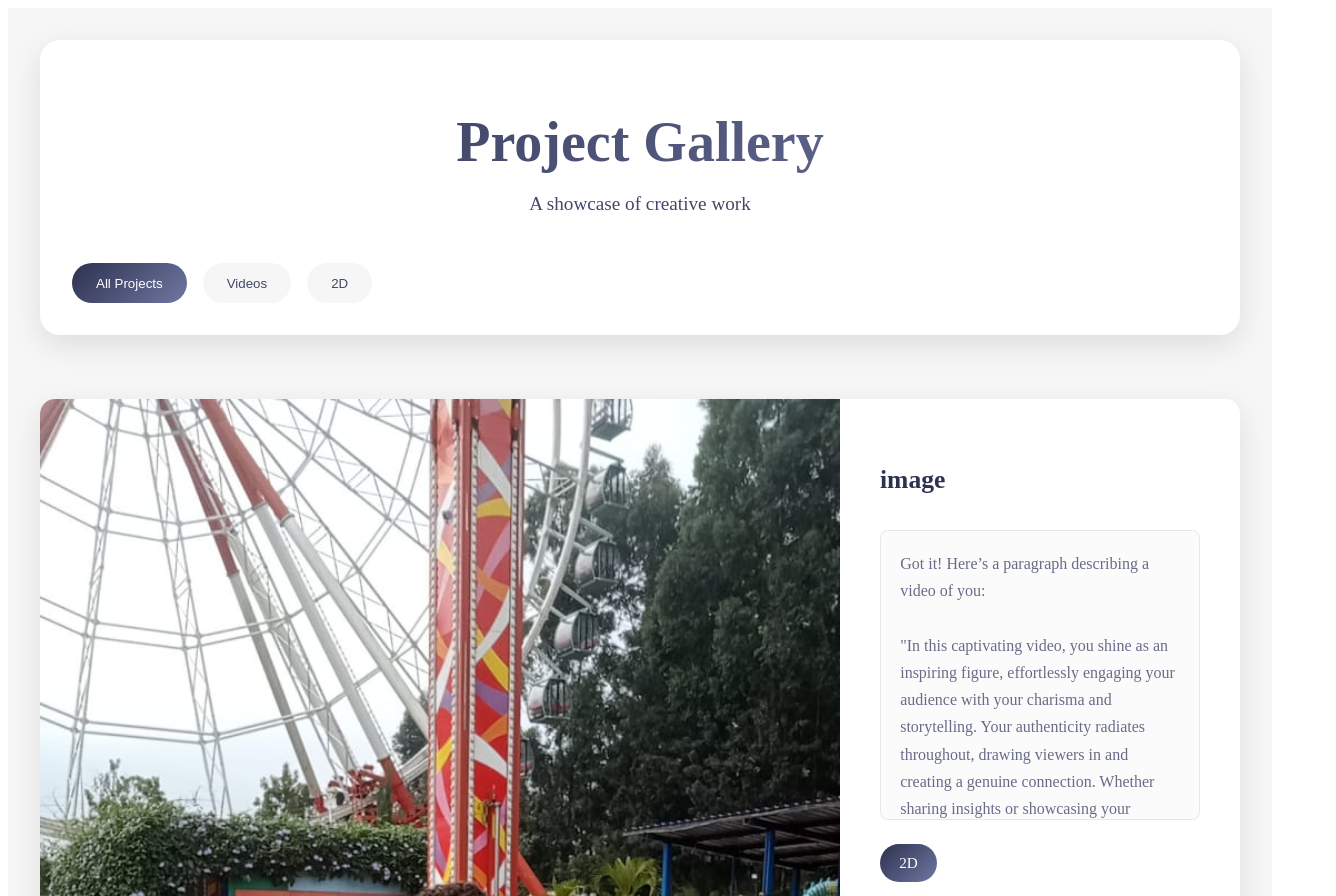
Repository: mrPractise/Susan-Portfolio
Page: http://localhost/projects/
An editor plug-in stored every save of this project. The page is shown before and after the next save, followed by the edit.
The browser window is 1280 px wide. The page is 1280 px wide, then 1336 px, then 1280 px, so the pictures cover 1336 px, including what lies to the right of the window. The pictures show the part of the page from y = 0 to 896 px (the page is 1603 px tall before and 1059 px after).
Pictures or frames that could not be fetched are drawn as grey boxes. The page is served by the project's application, run on Django 5.2 (manage.py). The page reads the database file committed with the project.

Above is the page before, as saved 2024-11-01 14:48:58.
Console error: TypeError: this.setupViewToggle is not a function

After the next save:
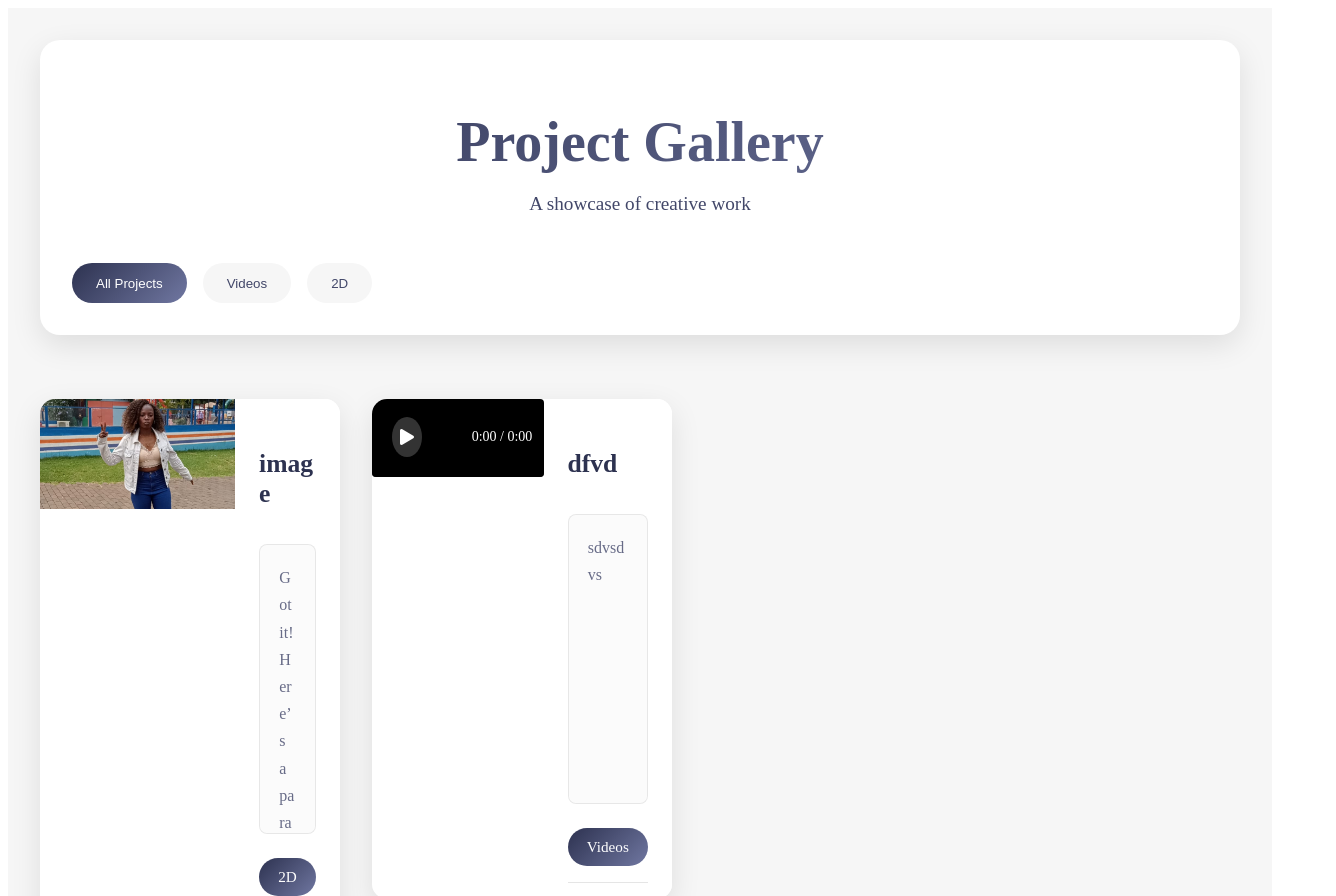
Saved 3 min 47 s later.
--- a/static/css/projects.css
+++ b/static/css/projects.css
@@ -39,7 +39,13 @@
     color: var(--text);
     font-size: 1.2rem;
 }
-
+.gallery-grid {
+    display: grid;
+    grid-template-columns: repeat(auto-fill, minmax(300px, 1fr));
+    gap: 2rem;
+    max-width: 1400px;
+    margin: 0 auto;
+}
 .gallery-controls {
     display: flex;
     justify-content: space-between;
@@ -97,9 +103,6 @@
 .gallery-item {
     break-inside: avoid;
     margin-bottom: 2rem;
-    opacity: 0;
-    transform: translateY(20px);
-    animation: fadeInUp 0.8s ease forwards;
 }
 
 .item-inner {
@@ -109,15 +112,16 @@
     background: white;
     box-shadow: 0 10px 30px rgba(0,0,0,0.1);
     transition: all 0.3s ease;
+    display: flex;
+    flex-direction: column;
 }
 .item-inner img {
     width: 100%;
-    height: auto;
+    aspect-ratio: 16/9;
     object-fit: cover;
     display: block;
     transition: transform 0.5s ease;
 }
-
 
 /* Hover effects */
 .item-inner:hover {
@@ -386,7 +390,26 @@
 .video-controls .play-pause:hover {
     background: rgba(255, 255, 255, 0.3);
 }
-
+.image-wrapper {
+    position: relative;
+    width: 100%;
+    overflow: hidden;
+}
+
+.image-wrapper::before {
+    content: "";
+    display: block;
+    padding-top: 56.25%; /* 16:9 Aspect Ratio */
+}
+
+.image-wrapper img {
+    position: absolute;
+    top: 0;
+    left: 0;
+    width: 100%;
+    height: 100%;
+    object-fit: cover;
+}
 
 /* Large Desktop (1200px and above) */
 @media (min-width: 1200px) {
@@ -397,7 +420,7 @@
         margin: 0 auto;
     }
 
-    .item-inner {
+ .item-inner {
         display: grid;
         grid-template-columns: 2fr 1fr;
         min-height: 500px;
@@ -405,12 +428,11 @@
     }
 
     .item-inner img {
-        width: 100%;
         height: 100%;
-        object-fit: cover;
+        aspect-ratio: auto;
         grid-column: 1;
-    }
-
+        grid-row: 1 / span 2;
+    }
     .custom-video-player {
         height: 100%;
     }
@@ -424,8 +446,10 @@
         object-fit: cover;
     }
 
-    .item-overlay {
-        padding: 2.5rem;
+   .item-overlay {
+        grid-column: 2;
+        grid-row: 1 / span 2;
+        height: 100%;
     }
 
     .item-content h3 {
@@ -451,6 +475,13 @@
         column-gap: 2.5rem;
     }
 }
+@media (max-width: 1199px) {
+    .item-inner img {
+        width: 100%;
+        aspect-ratio: 16/9;
+        object-fit: cover;
+    }
+}
 
 /* Desktop (1024px to 1199px) */
 @media (min-width: 1024px) and (max-width: 1199px) {
@@ -466,12 +497,7 @@
         max-height: 550px;
     }
 
-    .item-inner img {
-        width: 100%;
-        height: 100%;
-        object-fit: cover;
-        grid-column: 1;
-    }
+
 
     .item-overlay {
         padding: 2rem;

After the save that followed:
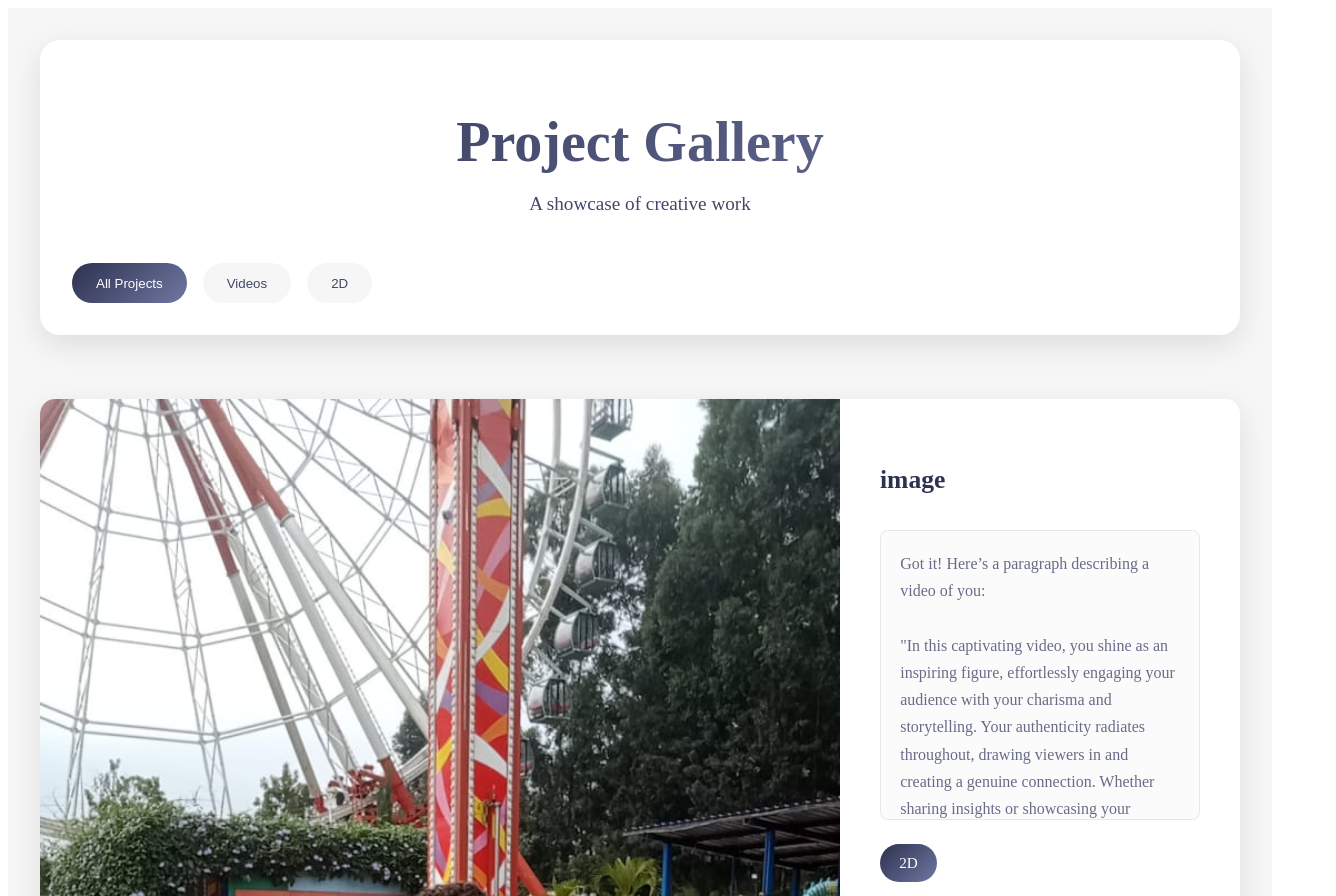
Saved 41 s later.
--- a/static/css/projects.css
+++ b/static/css/projects.css
@@ -39,13 +39,7 @@
     color: var(--text);
     font-size: 1.2rem;
 }
-.gallery-grid {
-    display: grid;
-    grid-template-columns: repeat(auto-fill, minmax(300px, 1fr));
-    gap: 2rem;
-    max-width: 1400px;
-    margin: 0 auto;
-}
+
 .gallery-controls {
     display: flex;
     justify-content: space-between;
@@ -103,6 +97,9 @@
 .gallery-item {
     break-inside: avoid;
     margin-bottom: 2rem;
+    opacity: 0;
+    transform: translateY(20px);
+    animation: fadeInUp 0.8s ease forwards;
 }
 
 .item-inner {
@@ -112,16 +109,15 @@
     background: white;
     box-shadow: 0 10px 30px rgba(0,0,0,0.1);
     transition: all 0.3s ease;
-    display: flex;
-    flex-direction: column;
 }
 .item-inner img {
     width: 100%;
-    aspect-ratio: 16/9;
+    height: auto;
     object-fit: cover;
     display: block;
     transition: transform 0.5s ease;
 }
+
 
 /* Hover effects */
 .item-inner:hover {
@@ -390,26 +386,7 @@
 .video-controls .play-pause:hover {
     background: rgba(255, 255, 255, 0.3);
 }
-.image-wrapper {
-    position: relative;
-    width: 100%;
-    overflow: hidden;
-}
-
-.image-wrapper::before {
-    content: "";
-    display: block;
-    padding-top: 56.25%; /* 16:9 Aspect Ratio */
-}
-
-.image-wrapper img {
-    position: absolute;
-    top: 0;
-    left: 0;
-    width: 100%;
-    height: 100%;
-    object-fit: cover;
-}
+
 
 /* Large Desktop (1200px and above) */
 @media (min-width: 1200px) {
@@ -420,7 +397,7 @@
         margin: 0 auto;
     }
 
- .item-inner {
+    .item-inner {
         display: grid;
         grid-template-columns: 2fr 1fr;
         min-height: 500px;
@@ -428,11 +405,12 @@
     }
 
     .item-inner img {
+        width: 100%;
         height: 100%;
-        aspect-ratio: auto;
+        object-fit: cover;
         grid-column: 1;
-        grid-row: 1 / span 2;
-    }
+    }
+
     .custom-video-player {
         height: 100%;
     }
@@ -446,10 +424,8 @@
         object-fit: cover;
     }
 
-   .item-overlay {
-        grid-column: 2;
-        grid-row: 1 / span 2;
-        height: 100%;
+    .item-overlay {
+        padding: 2.5rem;
     }
 
     .item-content h3 {
@@ -475,13 +451,6 @@
         column-gap: 2.5rem;
     }
 }
-@media (max-width: 1199px) {
-    .item-inner img {
-        width: 100%;
-        aspect-ratio: 16/9;
-        object-fit: cover;
-    }
-}
 
 /* Desktop (1024px to 1199px) */
 @media (min-width: 1024px) and (max-width: 1199px) {
@@ -497,7 +466,12 @@
         max-height: 550px;
     }
 
-
+    .item-inner img {
+        width: 100%;
+        height: 100%;
+        object-fit: cover;
+        grid-column: 1;
+    }
 
     .item-overlay {
         padding: 2rem;
